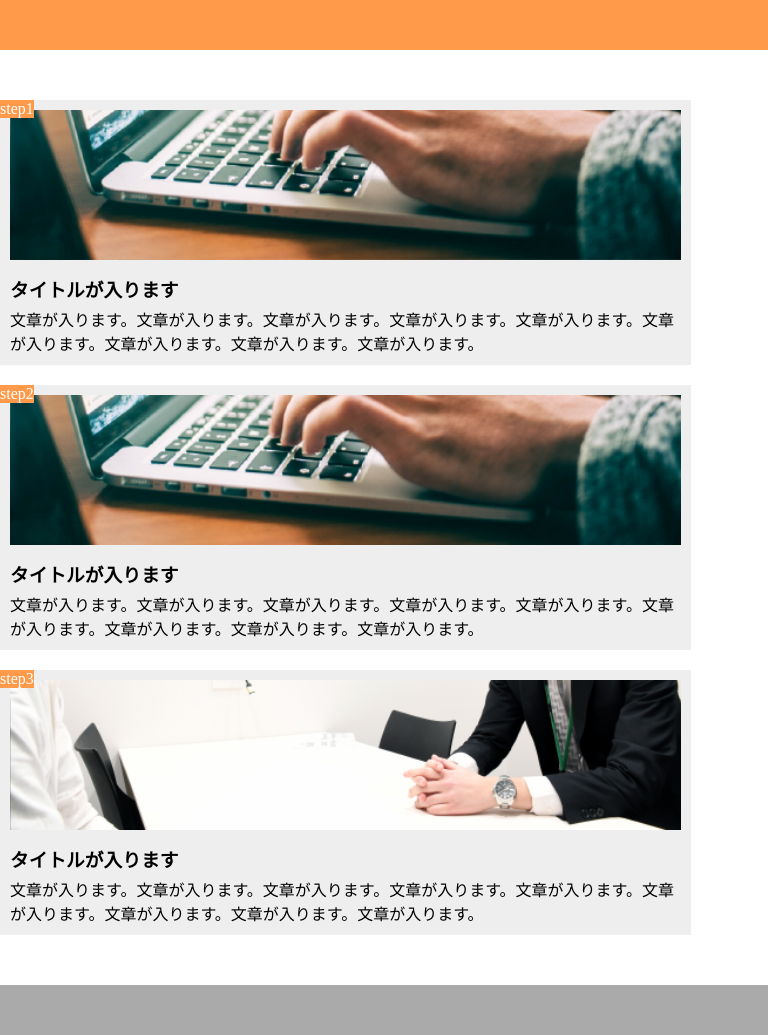
Repository: Takahiro620/dmmwebcamp
Page: enshu9/enshu9.html
The author's editor kept a record of every edit. The page is drawn from the files as they stood at one moment, then again after the next edit.
The browser window is 768 px wide. The pictures show the whole page.

Above is the page before.

### enshu9/enshu9.html
<!DOCTYPE html>
<html lang="ja">
  <head>
    <meta charset="UTF-8">
    <meta name="viewport" content="width=device-width,initial-scale=1.0">
    <!-- CSSファイルの読み込み -->
    <link rel="stylesheet" href="enshu9.css" />
    <title>enshu9</title>
  </head>

  <body>
    <header>
      <div class="heading">
      </div>
    </header>




    <main class="main">

      <span class="main-1">
        <div class="image-1"></div>
        <span class="step-num">step1</span>
        <h3 class="title">タイトルが入ります</h2>
        <p class="text">文章が入ります。文章が入ります。文章が入ります。文章が入ります。文章が入ります。文章が入ります。文章が入ります。文章が入ります。文章が入ります。</p>
      </span>

      <span class="main-2">
        <div class="image-2"></div>
        <span class="step-num">step2</span>
        <h3 class="title">タイトルが入ります</h2>
        <p class="text">文章が入ります。文章が入ります。文章が入ります。文章が入ります。文章が入ります。文章が入ります。文章が入ります。文章が入ります。文章が入ります。</p>
      </span>

      <span class="main-3">
        <div class="image-3"></div>
        <span class="step-num">step3</span>
        <h3 class="title">タイトルが入ります</h2>
        <p class="text">文章が入ります。文章が入ります。文章が入ります。文章が入ります。文章が入ります。文章が入ります。文章が入ります。文章が入ります。文章が入ります。</p>
      </span>
    </main>




    <footer>
      <div class="footing">
      </div>
    </footer>
  </body>
</html>

### enshu9/enshu9.css
/* ブラウザがそれぞれ持っているCSSをリセットするための記述 */
* {
  box-sizing: border-box;
  margin: 0;
  padding: 0;
}





.heading{
  width: 100%;
  height: 50px;
  background-color: #FF9A4B;
}




.main{
  width: 960px;
  margin: 50px auto;
  display: flex;
}


.main-1{
  width: 300px;
  margin-right: 30px;
  padding: 10px;
  position: relative;
  background-color: #eee;
}
.image-1{
  height: 150px;
  background-image: url(img/flow01.png);
  background-position: bottom;
  background-size: cover;
}

.main-2{
  width: 300px;
  margin-right: 30px;
  padding: 10px;
  position: relative;
  background-color: #eee;
}
.image-2{
  height: 150px;
  background-image: url(img/flow01.png);
  background-position: bottom;
  background-size: cover;
}

.main-3{
  width: 300px;
  margin-right: 30px;
  padding: 10px;
  position: relative;
  background-color: #eee;
}
.image-3{
  height: 150px;
  background-image: url(img/flow03.png);
  background-position: bottom;
  background-size: cover;
}
.step-num {
  position: absolute;
  top: 0;
  left: 0;
  background-color: #ff9a4b;
  color: #fff;
}
.title{
  margin-top: 15px;
  margin-bottom: 5px;
}
.text{

}




.footing{
  width: 100%;
  height: 50px;
  background-color: #AAAAAA;
}











@media screen and (max-width:768px){
  .heading{
  width: 100%;
  height: 50px;
  background-color: #FF9A4B;
}




.main{
  width: 100%;
  margin: 50px auto;
  display: block;
}


.main-1{
  width: 90%;
  margin-bottom:20px;
  padding: 10px;
  position: relative;
  background-color: #eee;
  display: block;
}
.image-1{
  height: 150px;
  background-image: url(img/flow01.png);
  background-position: bottom;
  background-size: cover;
}

.main-2{
  width: 90%;
  margin-bottom: 20px;
  padding: 10px;
  position: relative;
  background-color: #eee;
  display: block;
}
.image-2{
  height: 150px;
  background-image: url(img/flow01.png);
  background-position: bottom;
  background-size: cover;
}

.main-3{
  width: 90%;
  padding: 10px;
  position: relative;
  background-color: #eee;
  display: block;
}
.image-3{
  height: 150px;
  background-image: url(img/flow03.png);
  background-position: bottom;
  background-size: cover;

}
.step-num {
  position: absolute;
  top: 0;
  left: 0;
  background-color: #ff9a4b;
  color: #fff;
}
.title{
  margin-top: 15px;
  margin-bottom: 5px;
}
.text{

}




.footing{
  width: 100%;
  height: 50px;
  background-color: #AAAAAA;
}

}

After the next edit:
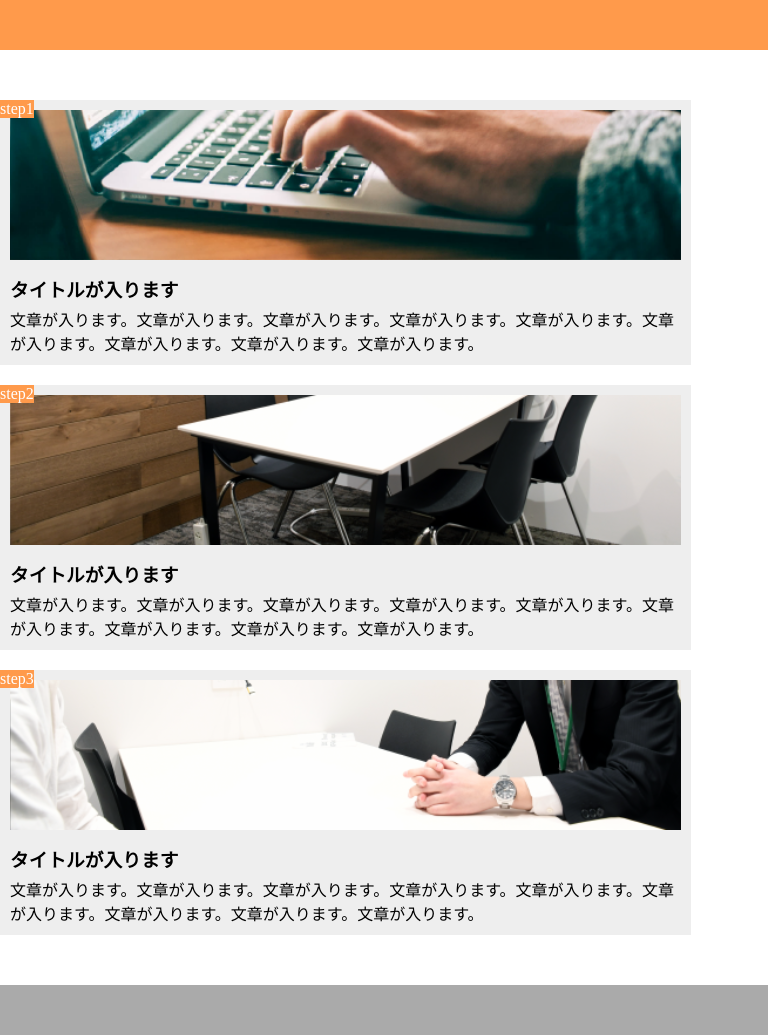
The edit:
--- a/enshu9/enshu9.css
+++ b/enshu9/enshu9.css
@@ -142,7 +142,7 @@
 }
 .image-2{
   height: 150px;
-  background-image: url(img/flow01.png);
+  background-image: url(img/flow02.png);
   background-position: bottom;
   background-size: cover;
 }
